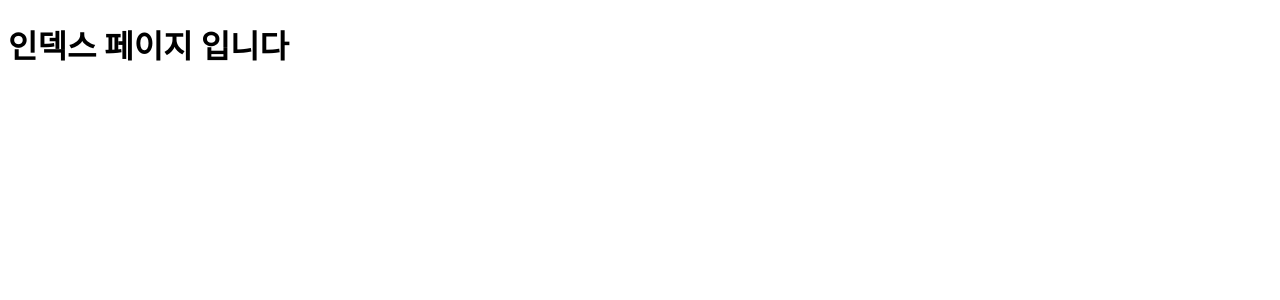
Repository: cd-yumu/acorn202501_web
Page: Hello/src/main/webapp/index.html
An editor plug-in stored every save of this project. The page is shown before and after the next save, followed by the edit.
The browser window is 1280 px wide. The pictures show the whole page.

Above is the page before, as saved 2025-01-02 07:00:39.

### Hello/src/main/webapp/index.html
<!DOCTYPE html>
<html>
<head>
<meta charset="UTF-8">
<title>index.html</title>
</head>
<body>
	<h1>인덱스 페이지 입니다</h1>
</body>
</html>

After the next save:
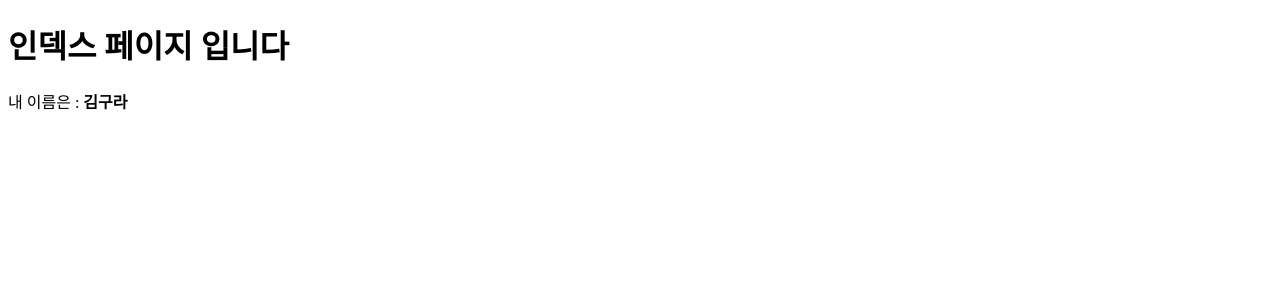
Saved 29 s later.
--- a/Hello/src/main/webapp/index.html
+++ b/Hello/src/main/webapp/index.html
@@ -6,5 +6,6 @@
 </head>
 <body>
 	<h1>인덱스 페이지 입니다</h1>
+	<p>내 이름은 : <strong>김구라</strong></p>
 </body>
 </html>
